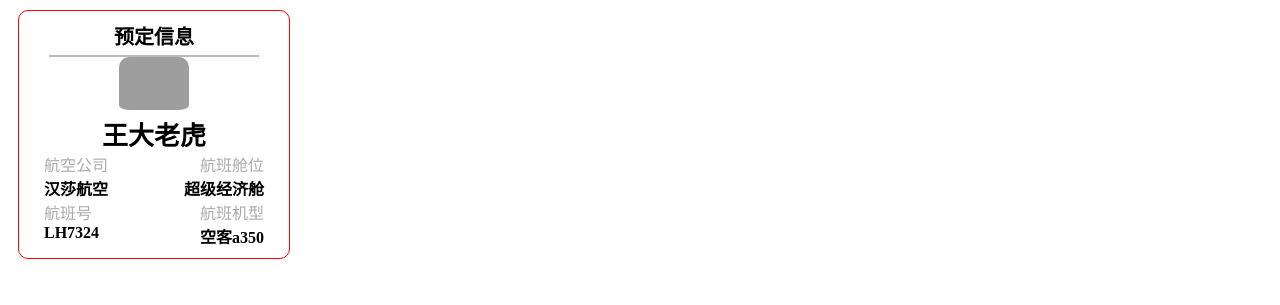
Repository: xzm1997/react-learning
Page: /
An editor plug-in stored every save of this project. The page is shown before and after the next save, followed by the edit.
The browser window is 1280 px wide. The pictures show the whole page.
Pictures or frames that could not be fetched are drawn as grey boxes. The project was rebuilt for these pictures with package versions that can differ from the ones it lists, and the page was loaded fresh each time.

Above is the page before, as saved 2023-01-31 10:47:35.

After the next save:
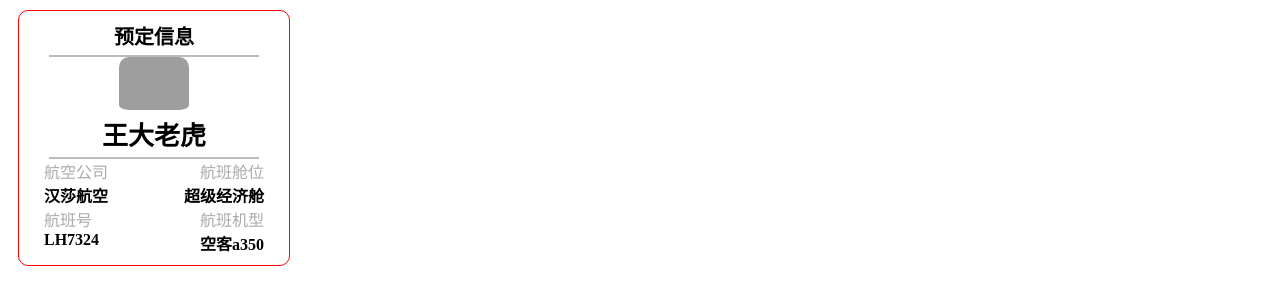
Saved 23 s later.
--- a/src/index.css
+++ b/src/index.css
@@ -13,6 +13,9 @@
   display: flex;
   flex-direction: column;
   align-items: center;
+  width: 210px;
+  padding-bottom: 5px;
+  border-bottom: solid 2px #bbb;
 }
 
 .ava {
